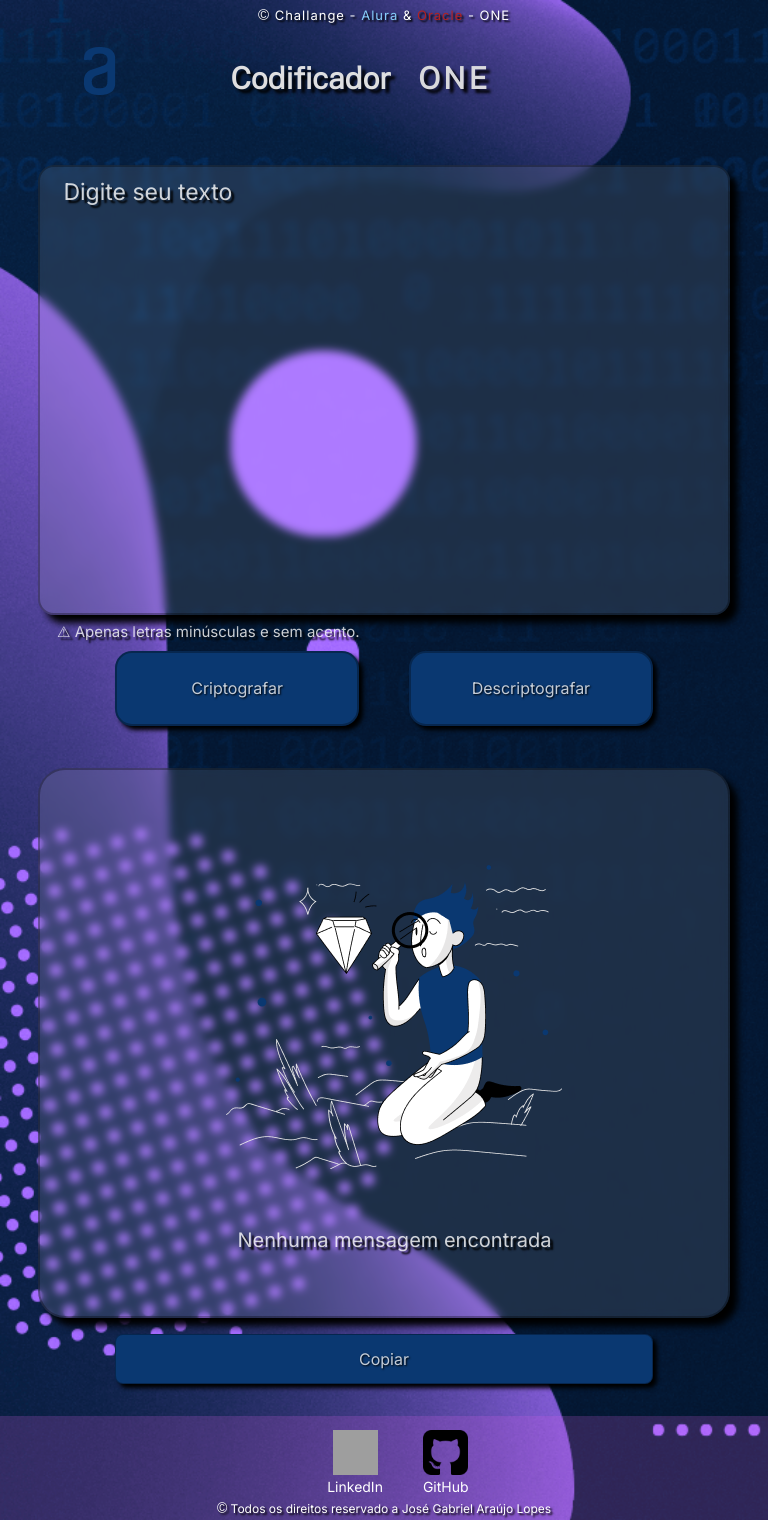
Repository: GabbrielLopes/Decodificador-ONE-Challange-Alura
Page: index.html
An editor plug-in stored every save of this project. The page is shown before and after a run of saves, followed by the edit.
The browser window is 768 px wide. The pictures show the whole page.
Pictures or frames that could not be fetched are drawn as grey boxes.

Above is the page before, as saved 2022-05-11 23:22:48.

After the next 2 saves:
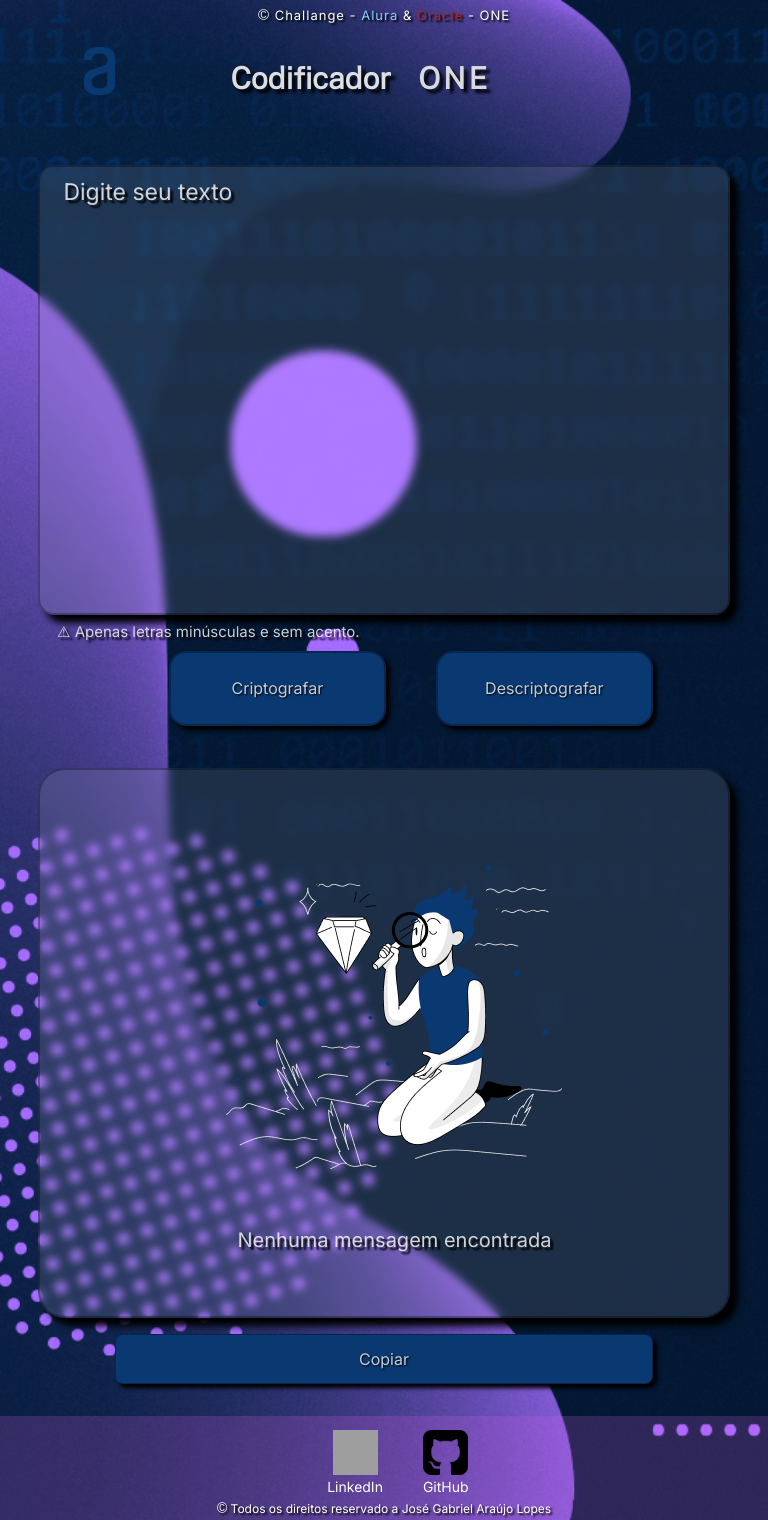
The 2 saves are shown as one change because they came seconds apart.
The last was saved 66 s later.
--- a/css/media.css
+++ b/css/media.css
@@ -34,6 +34,10 @@
         max-width: 80%;
     }
 
+    .btn-criptografar {
+        margin-left: 10%;
+    }
+
     .mensagem textarea::placeholder {
         padding-top: 447px;
         text-align: center;

After the save that followed:
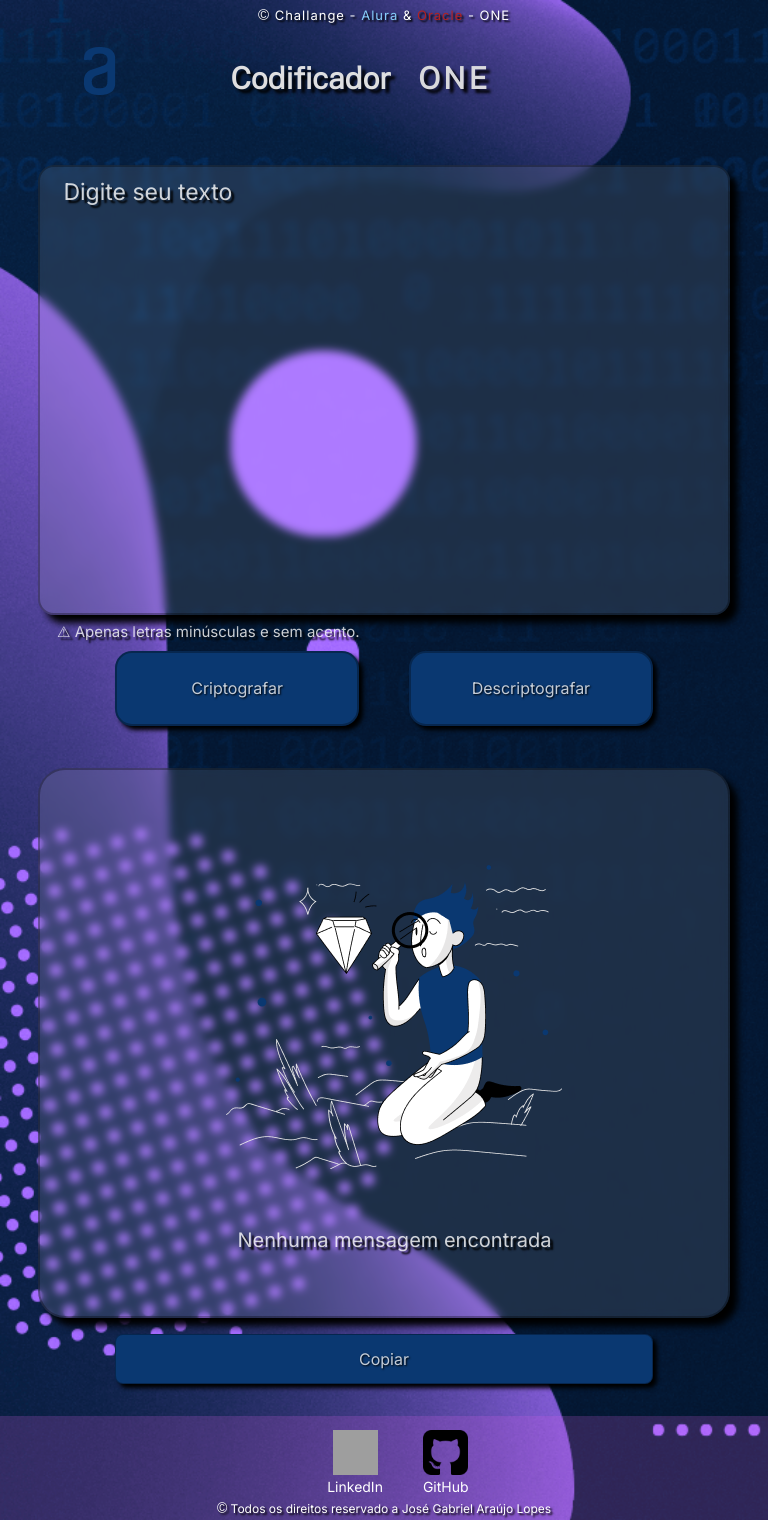
Saved 51 s later.
--- a/css/media.css
+++ b/css/media.css
@@ -35,7 +35,7 @@
     }
 
     .btn-criptografar {
-        margin-left: 10%;
+        margin: 0 auto;
     }
 
     .mensagem textarea::placeholder {
